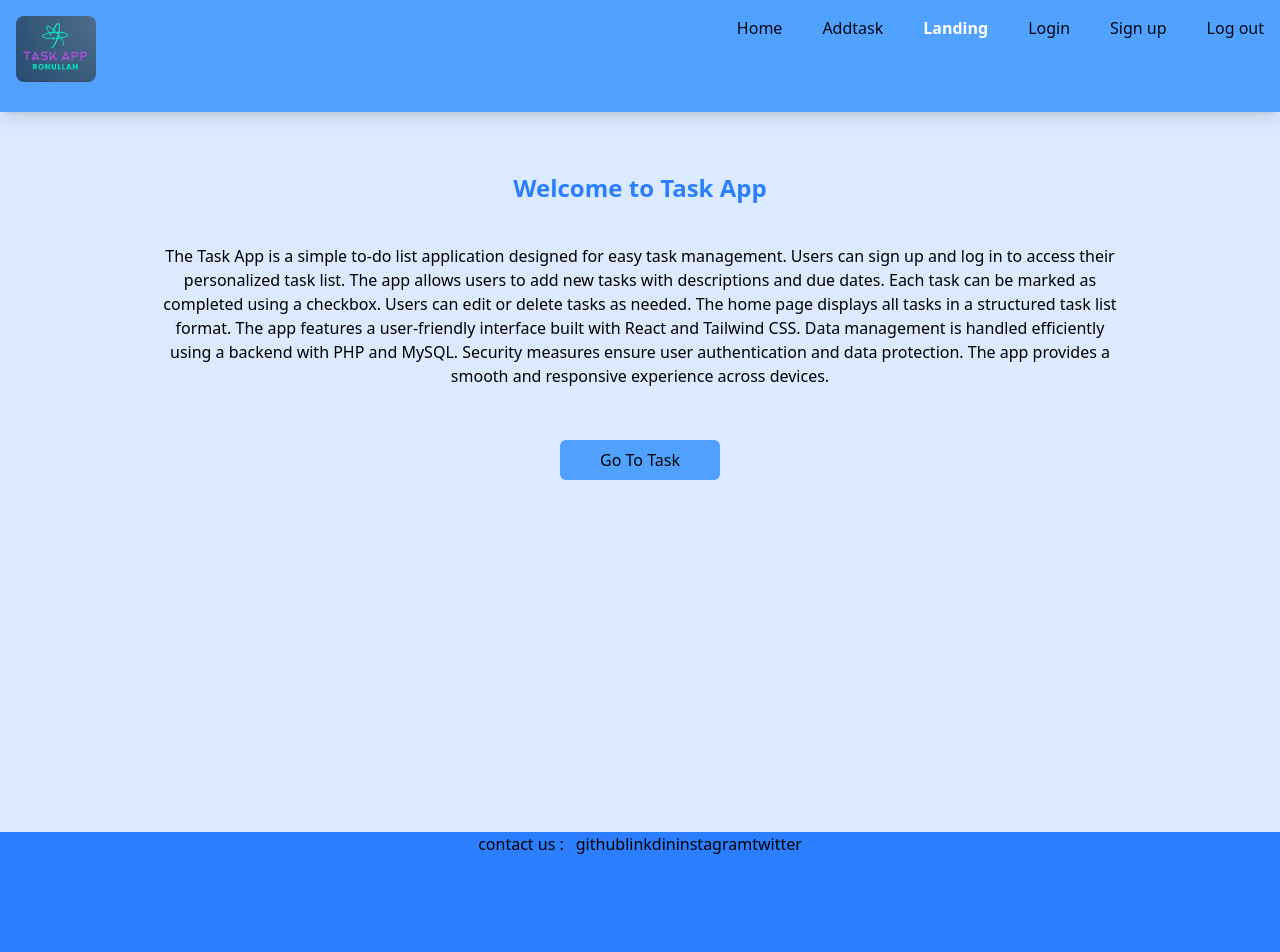
Repository: Rohullah-Noori/TaskApp
Page: /
The author's editor kept a copy of each file at every save. The page is drawn from the files as they stood at one save, then again after a run of saves.
The browser window is 1280 px wide. The pictures show the whole page.
The project was rebuilt for these pictures with package versions that can differ from the ones it lists, and the page was loaded fresh each time. Also part of the build but not shown: vite.config.js, src/components/Loader.jsx, src/pages/Home.jsx, src/pages/Login.jsx, src/pages/Signup.jsx, src/pages/Addtask.jsx, src/pages/Edittask.jsx, src/pages/Errorpage.jsx and 1 more.

Above is the page before, as saved 2025-03-01 05:00:53.

### src/index.css
@import "tailwindcss";

.input {
  @apply border-3 border-blue-200 focus:outline-blue-500 w-full rounded-md p-1;
}

.containerForm {
  @apply flex items-center justify-center h-screen bg-blue-100 flex-grow overflow-y-auto;
}
.parentContainerForm {
  @apply w-full max-w-md bg-white p-8 rounded-lg shadow-lg;
}

.heading {
  @apply text-3xl font-bold mb-6 text-gray-800 text-center p-4;
}

.taskContainer {
  @apply bg-blue-100 h-screen justify-center flex;
}
.taskinnerContainer {
  @apply mt-10 text-center h-[90%]  shadow-lg bg-amber-50  rounded-xl p-10  max-w-md w-full;
}

.btndesign {
  @apply mt-3 cursor-pointer rounded-md py-2 mb-2  w-40 bg-blue-400  hover:bg-blue-500 hover:text-white;
}

### src/App.jsx
import { TasksProvider } from "./components/TaskContext";
import { BrowserRouter as Router, Routes, Route } from "react-router-dom";
// import PrivateRoute from "./components/PrivateRoute";
import { AuthProvider } from "./components/PrivateContext";
import Landing from "./pages/Landing";
import Home from "./pages/Home";
import Login from "./pages/Login";
import Signup from "./pages/Signup";
import Addtask from "./pages/Addtask";
import Edittask from "./pages/Edittask";
import Errorpage from "./pages/Errorpage";
import Logout from "./pages/Logout";

function App() {
  return (
    <>
      <Router>
        <AuthProvider>
          <TasksProvider>
            <Routes>
              {/* <Route path="/" element={<PrivateRoute />}></Route> */}
              <Route index element={<Landing />} />
              <Route path="/addtask" element={<Addtask />} />
              <Route path="/home" element={<Home />} />
              <Route path="/edit-task/:taskId" element={<Edittask />} />
              <Route path="/login" element={<Login />} />

              <Route path="/signup" element={<Signup />} />
              <Route path="/logout" element={<Logout />} />

              <Route path="/*" element={<Errorpage />} />
            </Routes>
          </TasksProvider>
        </AuthProvider>
      </Router>
    </>
  );
}

export default App;

### src/components/TaskContext.jsx
import { createContext, useContext, useState } from "react";

const TaskContext = createContext();
export const TasksProvider = ({ children }) => {
  const [tasks, setTasks] = useState([]);
  const [loading, setIsloading] = useState(false);
  const addtask = (newtask) => {
    setTasks((prevtask) => [...prevtask, newtask]);
  };

  const updateTask = (taskId, taskdata) => {
    setTasks((prevtask) =>
      prevtask.map((task) =>
        task.id === Number(taskId)
          ? {
              ...task,
              title: taskdata.title,
              startTime: taskdata.startTime,
              endTime: taskdata.endTime,
            }
          : task
      )
    );
  };

  return (
    <TaskContext.Provider
      value={{
        tasks,
        addtask,
        setTasks,
        loading,
        setIsloading,
        updateTask,
      }}
    >
      {children}
    </TaskContext.Provider>
  );
};

export const useTasks = () => useContext(TaskContext);

### src/components/PrivateContext.jsx
import { createContext, useContext, useEffect, useState } from "react";
import { useNavigate } from "react-router-dom";

const AuthContext = createContext();
export const AuthProvider = ({ children }) => {
  const [islogin, setIslogin] = useState(() => {
    return localStorage.getItem("islogin") === "true";
  });
  const navigate = useNavigate();

  useEffect(
    function () {
      localStorage.setItem("islogin", islogin ? "true" : "false");
    },

    [islogin]
  );

  const login = () => {
    setIslogin(true);
    navigate("/home");
  };

  const logout = () => {
    setIslogin(false);
    navigate("/login");
  };

  return (
    <AuthContext.Provider value={{ login, logout, islogin }}>
      {children}
    </AuthContext.Provider>
  );
};

export const useAuth = () => useContext(AuthContext);

### src/pages/Landing.jsx
import { Link, useNavigate } from "react-router-dom";
import Button from "../components/Button";
import Navbar from "../components/Navbar";
import { useEffect, useState } from "react";
import Loader from "../components/Loader";
import Footer from "../components/Footer";

function Landing() {
  const [loading, setIsloading] = useState(false);
  const navigate = useNavigate();

  function handleClick() {
    setIsloading(true);
    setTimeout(() => {
      navigate("/home");
      setIsloading(false);
    }, 1000);
  }

  return (
    <>
      <Navbar />
      <div className="flex bg-blue-100 justify-items-center  sm:h-screen justify-center">
        <div className=" text-center mt-15 px-10 sm:px-20 md:px-30 lg:px-40 ">
          <h2 className="font-bold sm:text-2xl text-blue-500 ">
            Welcome to Task App
          </h2>
          <p className="mt-10">
            The Task App is a simple to-do list application designed for easy
            task management. Users can sign up and log in to access their
            personalized task list. The app allows users to add new tasks with
            descriptions and due dates. Each task can be marked as completed
            using a checkbox. Users can edit or delete tasks as needed. The home
            page displays all tasks in a structured task list format. The app
            features a user-friendly interface built with React and Tailwind
            CSS. Data management is handled efficiently using a backend with PHP
            and MySQL. Security measures ensure user authentication and data
            protection. The app provides a smooth and responsive experience
            across devices.
          </p>
          <div className="mt-10">
            {loading && <Loader />}
            <Button onClick={handleClick}>Go To Task</Button>
          </div>
        </div>
      </div>
      <Footer />
    </>
  );
}

export default Landing;

### src/components/Button.jsx
function Button({ children, onClick, disabled }) {
  return (
    <button onClick={onClick} disabled={disabled} className="btndesign">
      {children}
    </button>
  );
}

export default Button;

### src/components/Navbar.jsx
import { Link, useLocation } from "react-router-dom";
import { useState } from "react";
function Navbar() {
  const location = useLocation();
  const [Open, setIsOpen] = useState(false);

  function Toggle() {
    setIsOpen(!Open);
  }

  return (
    <nav className="bg-blue-400  flex shadow-lg p-4  justify-between    sticky top-0 z-10 ">
      <div className="size-20  ">
        <img src="../src/assets/logo/Capture.PNG" className="rounded-lg" />
      </div>
      <div className="lg:hidden">
        <button className="text-white" onClick={Toggle}>
          <svg
            xmlns="http://www.w3.org/2000/svg"
            fill="none"
            viewBox="0 0 24 24"
            stroke="currentColor"
            className="h-6 w-6"
          >
            <path
              strokeLinecap="round"
              strokeLinejoin="round"
              strokeWidth="2"
              d="M4 6h16M4 12h16M4 18h16"
            />
          </svg>
        </button>
      </div>
      <ul className=" hidden lg:flex space-x-10">
        {[
          {
            path: "/home",
            label: "Home",
          },
          {
            path: "/addtask",
            label: "Addtask",
          },
          {
            path: "/",
            label: "Landing",
          },
          {
            path: "/login",
            label: "Login",
          },

          {
            path: "/signup",
            label: "Sign up",
          },
          {
            path: "/logout",
            label: "Log out",
          },
        ].map((item) => (
          <li key={item.path}>
            <Link
              to={item.path}
              className={`hover:text-amber-50 active:text-amber-50 ${
                location.pathname === item.path
                  ? "text-white font-bold"
                  : "text-gray-950"
              }`}
            >
              {item.label}
            </Link>
          </li>
        ))}
      </ul>
      <div
        className={`${
          Open ? "block" : "hidden"
        } absolute w-full top-24 flex flex-col justify-center items-start pl-6  text-center left-0 bg-blue-400 text-white text-center py-4`}
      >
        {[
          {
            path: "/home",
            label: "Home",
          },
          {
            path: "/addtask",
            label: "Addtask",
          },
          {
            path: "/",
            label: "Landing",
          },
          {
            path: "/login",
            label: "Login",
          },

          {
            path: "/signup",
            label: "Sign up",
          },
          {
            path: "/edittask",
            label: "Edit",
          },
        ].map((item) => (
          <Link
            key={item.path}
            to={item.path}
            className={`hover:text-amber-50 active:text-amber-50 ${
              location.pathname === item.path
                ? "text-white font-bold"
                : "text-gray-950"
            }`}
          >
            {item.label}
          </Link>
        ))}
      </div>
    </nav>
  );
}

export default Navbar;

### src/components/Footer.jsx
function Footer() {
  return (
    <div className="w-full">
      <div className="bg-blue-500 w-full h-30 flex justify-center space-x-3">
        <div>
          <h1>contact us :</h1>
        </div>
        <div className="flex flex-row">
          <span>github</span>
          <span>linkdin</span>
          <span>instagram</span>
          <span>twitter</span>
        </div>
      </div>
    </div>
  );
}

export default Footer;

Loaded but not shown: index.html (common file); src/main.jsx (common file)

After the next 2 saves:
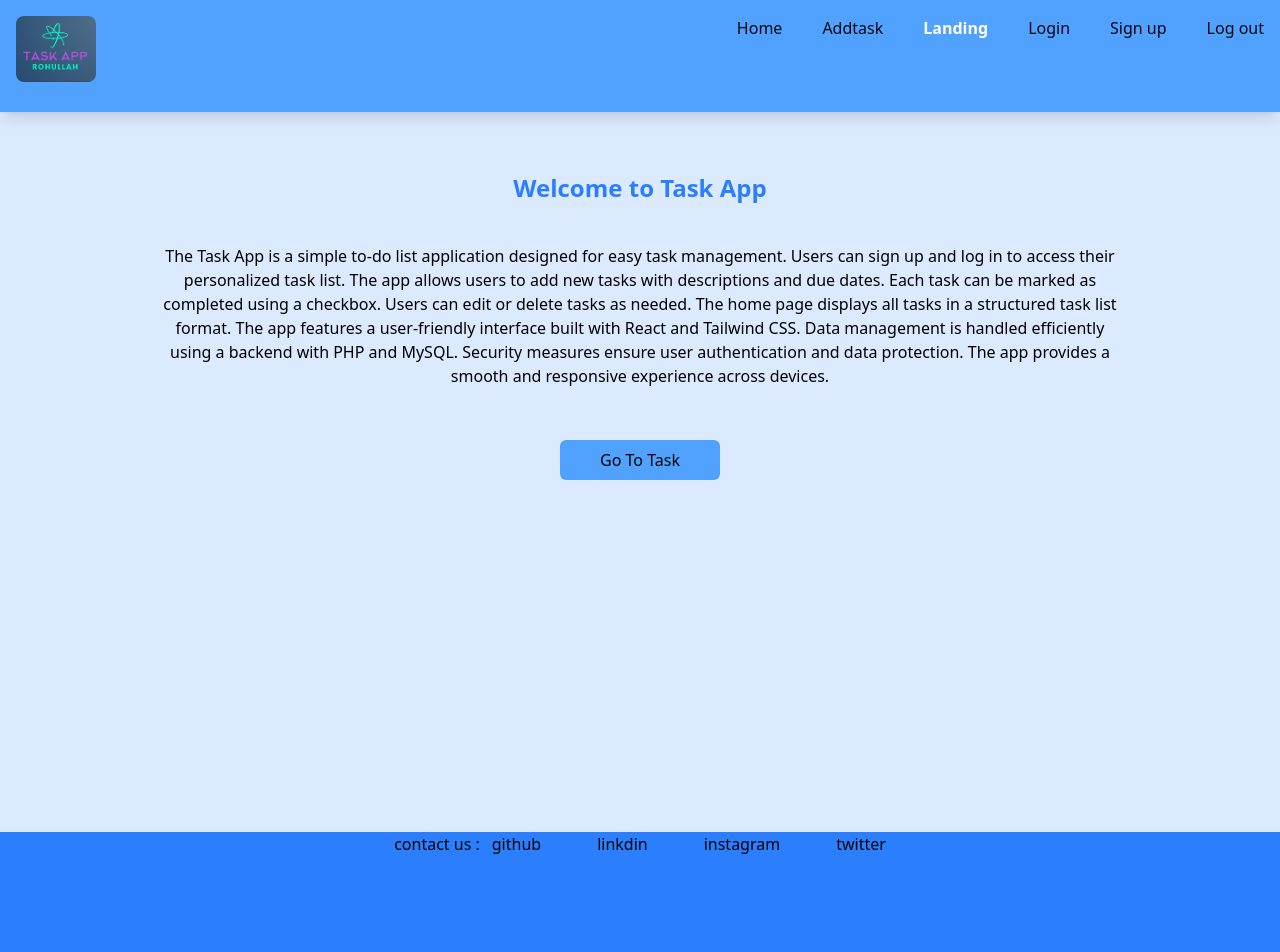
The 2 saves are shown as one change because they came seconds apart.
The last was saved 13 s later.
--- a/src/components/Footer.jsx
+++ b/src/components/Footer.jsx
@@ -5,7 +5,7 @@ function Footer() {
         <div>
           <h1>contact us :</h1>
         </div>
-        <div className="flex flex-row">
+        <div className="flex flex-row space-x-14">
           <span>github</span>
           <span>linkdin</span>
           <span>instagram</span>
